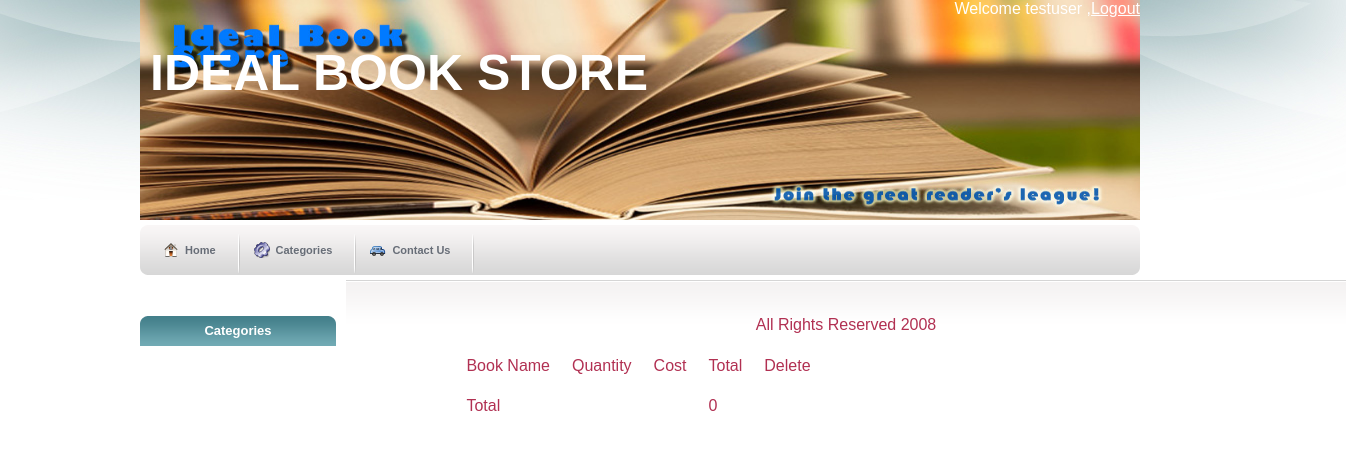
Repository: tusharjain887/Online-Book-Sales
Page: http://localhost/OnlineBook/view_cart.jsp
The author's editor kept a copy of each file at every save. The page is drawn from the files as they stood at one save, then again after the next save.
The browser window is 1280 px wide. The page is 1346 px wide, so the pictures cover 1346 px, including what lies to the right of the window. The pictures show the whole page.
The page is served by Tomcat 9. The session is filled in as if someone had signed in: {"username": "testuser"}. Queries for data that is not in the repository find no rows.

Above is the page before, as saved 2013-04-09 09:45:58.

### PROJECT/workspace/workspace/OnlineBook/WebContent/view_cart.jsp
<%@ page import="java.sql.*"%>
<%@ page import="java.io.*"%>
<%@ page import="java.util.*"%>
<%@ page import="java.lang.*"%>
<!DOCTYPE html PUBLIC "-//W3C//DTD XHTML 1.0 Transitional//EN" "http://www.w3.org/TR/xhtml1/DTD/xhtml1-transitional.dtd">
<html xmlns="http://www.w3.org/1999/xhtml">
<head>
<title>Ideal Book Store</title>
<meta http-equiv="Content-Type" content="text/html; charset=windows-1252" />
<link rel="stylesheet" type="text/css" href="style.css" />
<!--[if IE 6]>
<link rel="stylesheet" type="text/css" href="iecss.css" />
<![endif]-->
<script type="text/javascript" src="js/boxOver.js"></script>
</head>
<body>
<div id="main_container">
  <div class="top_bar">
  <div id="header">
  <div style="float:right;font-size:16px;color:#fff">
 <%  Object c=session.getAttribute("username");
if(c!=null)
	{
	out.print("Welcome  " +session.getAttribute("username").toString());
	out.print(" ,  <a href='logout.jsp' style='float:right;font-size:16px;color:#fff'>Logout</a>");
	}
else
{
	response.sendRedirect("index.jsp");
}
	%>
	</div>
   <div  style="padding:10px;font-size:25px;color: #FFF;"><h1>IDEAL BOOK STORE</h1></div>
  </div>
  <div id="main_content">
    <div id="menu_tab">
      <div class="left_menu_corner"></div>
      <ul class="menu">
        <li><a href="index.jsp" class="nav1"> Home</a></li>
        <li class="divider"></li>
        <li><a href="categories.jsp" class="nav2">Categories</a></li>
        <li class="divider"></li>
        <%
        if(c==null)
        {
        %><li><a href="registration.html" class="nav4">Sign Up</a></li>
        <li class="divider"></li>
        <%
        }%>
        <li><a href="contact.jsp" class="nav5">Contact Us</a></li>
        <li class="divider"></li>
      </ul>
      <div class="right_menu_corner"></div>
    </div>
    <!-- end of menu tab -->
    <div class="left_content">
     <br><br><br>
      <div class="title_box">Categories</div>
      <ul class="left_menu">
      <%
      try{
	Class.forName("com.ibm.db2.jcc.DB2Driver").newInstance();
	Connection Conn=DriverManager.getConnection("jdbc:db2://localhost:50000/BOOKS","Rakesh","Rakesh");
	PreparedStatement ps=Conn.prepareStatement("SELECT CAT_ID,CAT_NAME FROM CATEGORY");
	ResultSet rs=ps.executeQuery();
	while(rs.next())
    {
		String name=rs.getString(2);
 	%>
        <li class="even"><%out.println("<a href='viewcategory.jsp?cat_id="+rs.getString(1)+"'>"+name+"</a>");%></li>
        <%
        }
        %>

     <%
	ps.close();
	Conn.close();
	}
	catch(Exception ex){
	    out.println(ex);
	}

      %>
      </ul>
      </div>
    </div>
    <!-- end of left content -->
    <div class="center_content">
    <div style="font-size:16px;color:#B13052;"><center>
    <table cellpadding=10 text-align=center>
<tr>
<td>Book Name</td>
<td>Quantity</td>
<td>Cost</td>
<td>Total</td>
<td>Delete</td>
</tr>
<%
int total=0;
int check=0;
try{
	Class.forName("com.ibm.db2.jcc.DB2Driver").newInstance();
	Connection Conn=DriverManager.getConnection("jdbc:db2://localhost:50000/BOOKS","Rakesh","Rakesh");
	PreparedStatement ps=Conn.prepareStatement("SELECT * FROM TEMP");
	ResultSet rs=ps.executeQuery();
	while(rs.next())
    {
		check++;
		out.println("<tr>");
         	out.println("<td>"+rs.getString(4)+"</td>");
         	int quantity=Integer.parseInt(rs.getString(3));
	        out.println("<td>"+rs.getString(3)+"</td>");
         	int cost=Integer.parseInt(rs.getString(2));
         	out.println("<td>"+rs.getString(2)+"</td>");
         	out.println("<td>"+(quantity*cost)+"</td>");
		 	total=total+quantity*cost;
		 	out.println("<td><a href='deletecartitem.jsp?bookid="+rs.getString(1)+"'>Delete</a></td>");
         	out.println("</tr>");
    }

    ps.close();
	Conn.close();
	}
	catch(Exception ex){
	    out.println(ex);
	}

    %>


<tr>
<td>Total</td>
<td></td>
<td></td>
<td><% out.println(total);%></td>
</tr>
<%
if(check>0)
{
%>
</table>
<form action="process_shopping.jsp" method="post">
<input type="submit" name="continue" value="Continue"/>
</form>
<%
}
%>
</center></div>
    </div>
    <!-- end of center content -->
      </div>
  <!-- end of main content -->
  <div class="footer">
    <br><br>
    <center> All Rights Reserved 2008</center>
      </div>

<!-- end of main_container -->
</body>
</html>

### PROJECT/workspace/workspace/OnlineBook/WebContent/style.css
body
{
background:url(images/bg.jpg) no-repeat #fff center top;
padding:0;
font-family:Arial, Helvetica, sans-serif;
font-size:11px;
margin:0px auto auto auto;
color:#000;
}
p{
padding:2px;
margin:0px;
}
#main_container{
width:1000px;
height:auto;
margin:auto;
padding:0px;
}
.top_bar{
width:1000px;
height:38px;
background-color:#4a4a4a;
}
.top_search{
width:370px;
height:32px;
margin:0px 20px 0 0;
_margin:0px 10px 0 0;
float:right;
background:url(images/top_search_bg.gif) no-repeat center;
}
input.search_input{
width:182px;
height:18px;
float:left;
margin:5px 0 0 0 ;
border:1px solid #dbdbdb;
border-bottom-color:#ffffff;
border-right-color:#ffffff;
}
.search_text{
float:left;
width:110px;
padding:8px 0 0 15px;
color:#999999;
}
.search_text a{
text-decoration:none;
color:#999999;
}
.search_bt{
float:left;
padding:2px 0 0 15px;
}
.languages{
float:right;
width:150px;
padding:8px 0 0 0;
}
.lang_text{
float:left;
padding:0 5px 0 0;
color:#b3adad;
}
a.lang{
display:block;
float:left;
padding:0 5px 0 5px;
}
#header{
width:1000px;
height:220px;
background:url(images/book4.jpg) no-repeat center;
background-position:0px 0px;
background-size:1000px 220px;
margin=0;
}
.logout{
	float:right;
	font-size:14px;
	color: green;
	font-weight: bold;
}
.logout a,.logout a:hover {
	color: B13052;
}

}
#logo{
padding:15px;
}
#templatemo_header {
	clear: both;
	width: 1000px;
	height: 200px;
	padding: 0;
	margin: 0;
	background: url(images/templatemo_header_bg.jpg) no-repeat;
}

#templatemo_header a,a:hover {
	color: #000;
}

#templatemo_header #templatemo_special_offers {
	float: left;
	font-size: 14px;
	margin-top: 95px;
	margin-left: 490px;
	width: 180px;
}

#templatemo_special_offers a {
	font-size: 12px;
}

#templatemo_special_offers  p {
	margin: 0 0 20px 0;
}
#templatemo_special_offers p span {
	font-size: 18px;
}

#templatemo_header #templatemo_new_books {
	float: left;
	margin-top: 90px;
	margin-left: 55px;
	width: 180px;
}

#templatemo_new_books ul {
	 margin: 0 0 10px 0;
	 padding: 0 0 0 20px;
}

#templatemo_new_books li {
	 margin: 0;
	 padding: 0;
}

/*------------------------------oferte_content-----------------------*/
.oferte_content{
width:600px;
height:264px;
float:left;
padding:0 0 0 50px;
}
.top_divider{
float:left;
width:1px;
height:164px;
}
.oferta{
width:538px;
float:left;
padding:15px 30px 0 30px;
}
.oferta_img{
float:left;
padding:0 0 10px 0;
}
.oferta_title{
font-size:15px;
color:#b72c24;
font-weight:bold;
}
.oferta_details{
width:400px;
float:left;
padding:0 0 0 30px;
}
.oferta_text{
padding:5px 0 5px 0;
font-size:12px;
color:#FFFFFF;
text-align:justify;
line-height:15px;
}
a.details{
width:83px;
height:21px;
display:block;
float:right;
margin:5px 0 0 0;
padding-left:5px;
background:url(images/details_bt_bg.gif) no-repeat center;
text-align:center;
line-height:21px;
text-decoration:none;
color:#000000;
}
/*---------------------oferta_pagination-----------------------------*/

div.oferta_pagination {
clear:both;
padding:10px 0 0 0;
_padding:0px 0 0 0;
margin:5px;
text-align:center;
float:left;
font-size:10px;
}

div.oferta_pagination a {
width:22px;
height:22px;
display:block;
float:left;
margin:0 0 0 5px;
_margin:0 0 0 3px;
line-height:23px;
text-align:center;
background:url(images/pag_bg.gif) no-repeat center;
text-decoration:none;
color:#9d8b8b;
}
div.oferta_pagination a:hover, div.pagination a:active {
width:22px;
height:22px;
display:block;
float:left;
line-height:23px;
text-align:center;
background:url(images/pag_bg_a.gif) no-repeat center;
text-decoration:none;
color:#ad1614;
}
div.oferta_pagination span.current {
width:22px;
height:22px;
display:block;
float:left;
line-height:23px;
text-align:center;
background:url(images/pag_bg_a.gif) no-repeat center;
text-decoration:none;
color:#ad1614;
}
#main_content{
clear:both;
}
/*---------------- menu tab----------------------*/
#menu_tab{
width:1000px;
height:50px;
background-color:#fff;
margin-top:5px;
}
.left_menu_corner{
width:9px;
height:50px;
float:left;
background:url(images/menu_left.gif) no-repeat center;
}
.right_menu_corner{
width:9px;
height:50px;
float:left;
background:url(images/menu_right.gif) no-repeat center;
}
ul.menu {
list-style-type:none; float:left; display:block; width:982px;
margin:0px; padding:0px;background:url(images/menu_bg.gif) repeat-x;}

ul.menu li {
display:inline;
font-size:11px;
font-weight:bold;
line-height:50px;
}
ul.menu li.divider {
display:inline;
width:2px;
height:50px;
float:left;
background:url(images/menu_divider.gif) no-repeat center;
}

a.nav1:link, a.nav1:visited {
display:block; float:left; padding:0px 8px 0px 22px; margin:0 14px 0 14px;height:50px;text-decoration:none; background:url(images/home.png) no-repeat left; color:#676d77;}
a.nav2:link, a.nav2:visited {
display:block; float:left; padding:0px 8px 0px 22px; margin:0 14px 0 14px;height:50px;text-decoration:none; background:url(images/services.png) no-repeat left; color:#676d77;}
a.nav3:link, a.nav3:visited {
display:block; float:left; padding:0px 8px 0px 22px; margin:0 14px 0 14px;height:50px;text-decoration:none; background:url(images/favs.png) no-repeat left; color:#676d77;}
a.nav4:link, a.nav4:visited {
display:block; float:left; padding:0px 8px 0px 22px; margin:0 14px 0 14px;height:50px;text-decoration:none; background:url(images/user_add.png) no-repeat left; color:#676d77;}
a.nav5:link, a.nav5:visited {
display:block; float:left; padding:0px 8px 0px 22px; margin:0 14px 0 14px;height:50px;text-decoration:none; background:url(images/car.png) no-repeat left; color:#676d77;}
a.nav6:link, a.nav6:visited {
display:block; float:left; padding:0px 8px 0px 22px; margin:0 14px 0 14px;height:50px;text-decoration:none; background:url(images/contact-new.png) no-repeat left; color:#676d77;}

a.nav1:hover, a.nav2:hover, a.nav3:hover, a.nav4:hover, a.nav5:hover, a.nav6:hover {
color:#333333;}


li.currencies{
width:180px;
float:left;
padding:0 0 0 15px;
_padding:12px 0 0 15px;
color:#676d77;
font-size:11px;
font-weight:bold;
}
/*----------------crumb_navigation-------------*/
.crumb_navigation{
width:980px;
height:15px;
padding:5px 10px 0 20px;
color:#333333;
background:url(images/navbullet.png) no-repeat left;
background-position:5px 6px;
}
.crumb_navigation a{
color:#0fa0dd;
text-decoration:underline;
}
span.current{
color:#0fa0dd;
}

/*-------------left_content------------------*/
.left_content{
width:196px;
float:left;
}
.title_box{
width:196px;
height:30px;
margin:5px 0 0 0;
background:url(images/menu_title_bg.gif) no-repeat center;
text-align:center;
font-size:13px;
font-weight:bold;
color:#fff;
line-height:30px;
}
/*--------left menu---------*/
ul.left_menu{
width:196px;
padding:0px;
margin:0px;
list-style:none;
}
ul.left_menu li{
margin:0px;
list-style:none;
}
ul.left_menu li.odd a{
width:166px;height:25px;display:block;background:url(images/checked.png) no-repeat left #dad0d0; background-position:5px 5px;border-bottom:1px #FFFFFF solid;
text-decoration:none;color:#504b4b;padding:0 0 0 30px; line-height:25px;
}
ul.left_menu li.even a{
width:166px;height:25px;display:block;background:url(images/checked.png) no-repeat left #eee6e6;background-position:5px 5px;border-bottom:1px #FFFFFF solid;
text-decoration:none;color:#504b4b;padding:0 0 0 30px; line-height:25px;
}
ul.left_menu li.even a:hover, ul.left_menu li.odd a:hover{
background:url(images/checked.png) no-repeat left #7bbcc7; color:#FFFFFF;background-position:5px 5px;
}

.border_box{
width:194px;
height:auto;
text-align:center;
border:1px #6da6b1 solid;
}
.product_title{
color:#ea2222;
padding:5px 0 5px 0;
font-weight:bold;
}
.product_title a{
text-decoration:none;
color:#ea2222;
padding:5px 0 5px 0;
font-weight:bold;
}
.product_title a:hover{
color:#064E5A;
}
.product_img{
padding:5px 0 5px 0;
}
.prod_price{
padding:5px 0 5px 0;
}
span.reduce{
color:#ea2222;
text-decoration:line-through;
}
span.price{
color:#ea2222;
}
/*----------newsletter--------------*/
input.newsletter_input{
width:160px;
height:16px;
border:1px #ddd9d9 solid;
margin:10px 0 5px 0;
font-size:12px;
padding:3px;
color:#999999;
}
a.join{
width:17px;
display:block;
margin:5px 0 5px 140px;
_margin:5px 0 5px 130px;
background:url(images/blue-add.png) no-repeat left;
padding:0 0 0 20px;
text-decoration:none;
color:#1c4a52;
}
.banner_adds{
width:194px;
text-align:center;
padding:10px 0 10px 0;
}

/*center content--------------------------*/
.center_content{
width:585px;
float:left;
padding:5px 10px;
}
.center_title_bar{
width:520px;
height:33px;
float:left;
padding:0 0 0 40px;
margin:0 0 0 12px;
_margin:0 0 0 6px;
line-height:33px;
font-size:12px;
color:#847676;
font-weight:bold;
background:url(images/bar_bg.gif) no-repeat center;
}

/*----------------------right content--------------*/
.right_content{
width:196px;
float:left;
padding:5px 0 0 0;
}
.shopping_cart{
width:195px;
height:84px;
text-align:center;
background:url(images/cart_bg.gif) no-repeat center;
}
.cart_title{
font-size:12px;
font-size:12px;
color:#847676;
font-weight:bold;
padding:8px 0 0 0;
}
.cart_details{
width:115px;
float:left;
padding:5px 0 0 15px;
text-align:left;
}
.cart_icon{
float:left;
padding:5px 0 0 5px;
}
span.border_cart{
width:100px;
height:1px;
margin:3px 0 3px 0;
display:block;
border-top:1px #999999 dashed;
}
/*---------prod_box----------*/
.prod_box{
width:173px;
height:auto;
float:left;
padding:10px 10px 10px 11px;
}
.top_prod_box{
width:173px;height:12px;background:url(images/product_box_top.gif) no-repeat center bottom;float:left; padding:0px; margin:0px;
}
.bottom_prod_box{
width:173px;height:10px;background:url(images/product_box_bottom.gif) no-repeat center top;float:left;padding:0px; margin:0px;
}
.center_prod_box{
width:173px;height: auto;background:url(images/product_box_center.gif) repeat-y;float:left; text-align:center;padding:0px; margin:0px;
}
.prod_details_tab{
width:173px;
height:31px;
float:left;
background:url(images/products_details_bg.gif) no-repeat center;
margin:3px 0 0 0;
}
img.left_bt{
float:left;
padding:6px 0 0 6px;
}
a.prod_details{
width:25px;
display:block;
float:left;
background:url(images/square-blue-add.gif) no-repeat left;
padding:0 0 0 20px;
margin:7px 0 0 38px;
_margin:6px 0 0 35px;
text-decoration:none;
color:#0fa0dd;
}
/*---------prod_box_big----------*/
.prod_box_big{
width:554px;
height:auto;
float:left;
padding:10px 10px 10px 15px;
}
.top_prod_box_big{
width:554px;height:12px;background:url(images/details_box_top.gif) no-repeat center bottom;float:left; padding:0px; margin:0px;
}
.bottom_prod_box_big{
width:554px;height:12px;background:url(images/details_box_bottom.gif) no-repeat center top;float:left;padding:0px; margin:0px;
}
.center_prod_box_big{
width:554px;height: auto;background:url(images/details_box_center.gif) repeat-y;float:left; text-align:center;padding:0px; margin:0px;
}
.product_img_big{
width:170px;
padding:5px 0 5px 10px;
float:left;
}
.details_big_box{
width:345px;
float:left;
padding:0 0 0 15px;
text-align:left;
}
.product_title_big{
color:#ea2222;
padding:5px 0 5px 0;
font-weight:bold;
font-size:14px;
}
.specifications{
font-size:12px;
font-weight:bold;
line-height:18px;
}
.thumbs{
padding:8px 5px 8px 5px;
border:1px #DFD1D1 solid;
margin:3px 0 0 0;
}
.thumbs a{
padding:3px;
}
.prod_price_big{
padding:5px 0 5px 0;
font-size:16px;
}
span.reduce{
color:#ea2222;

}
span.price{
color:#ea2222;
}
a.addtocart{
width:76px;
height:27px;
display:block;
float:left;
background:url(images/addtocart.gif) no-repeat left;
padding:0 0 0 33px;
text-decoration:none;
line-height:27px;
color:#1c4a52;
}
a.compare{
width:76px;
height:27px;
display:block;
float:left;
margin:0 0 0 10px;
background:url(images/compare.gif) no-repeat left;
padding:0 0 0 33px;
text-decoration:none;
line-height:27px;
color:#1c4a52;
}
span.blue{
color:#5F9FAB;
}
/*---------------contact_form------------------*/
.contact_form{
width:355px;
float:left;
padding:0px 0 0 75px;
}
.form_row{
width:335px;
clear:both;
padding:10px 0 10px 0;
_padding:5px 0 5px 0;
color:#a53d17;
}
label.contact{
width:75px;
float:left;
font-size:12px;
text-align:right;
padding:4px 5px 0 0;
color: #333333;
}
input.contact_input{
width:253px;
height:18px;
background-color:#fff;
color:#999999;
border:1px #DFDFDF solid;
float:left;
}
textarea.contact_textarea{
width:253px;
height:50px;
font-family:Arial, Helvetica, sans-serif;
font-size:12px;
color: #999999;
background-color:#fff;
border:1px #DFDFDF solid;
float:left;
}
a.contact{
width:99px;
height:27px;
display:block;
float:right;
margin:0 0 0 10px;
background:url(images/contact_bt.gif) no-repeat left;
padding:0 0 0 10px;
text-decoration:none;
line-height:27px;
color:#1c4a52;
}
/*--------------footer----------------*/
.footer{
width:1000px;
clear:both;
height:65px;
background:url(images/footer_bg.gif) repeat-x top;
}
.left_footer{
float:left;
width:300px;
padding:5px 0 0 10px;
}
.right_footer{
float:right;
padding:15px 30px 0 0;
}
.right_footer a{
padding:0 0 0 7px;
text-decoration:none;
color: #666666;
}
.right_footer a:hover{
text-decoration:underline;
}

.center_footer{
float:left;
width:200px;
text-align:center;
color:#666666;
padding:10px 0 0 60px;
}

Loaded but not shown: PROJECT/workspace/workspace/OnlineBook/WebContent/js/boxOver.js (369 lines, source omitted)

After the next save:
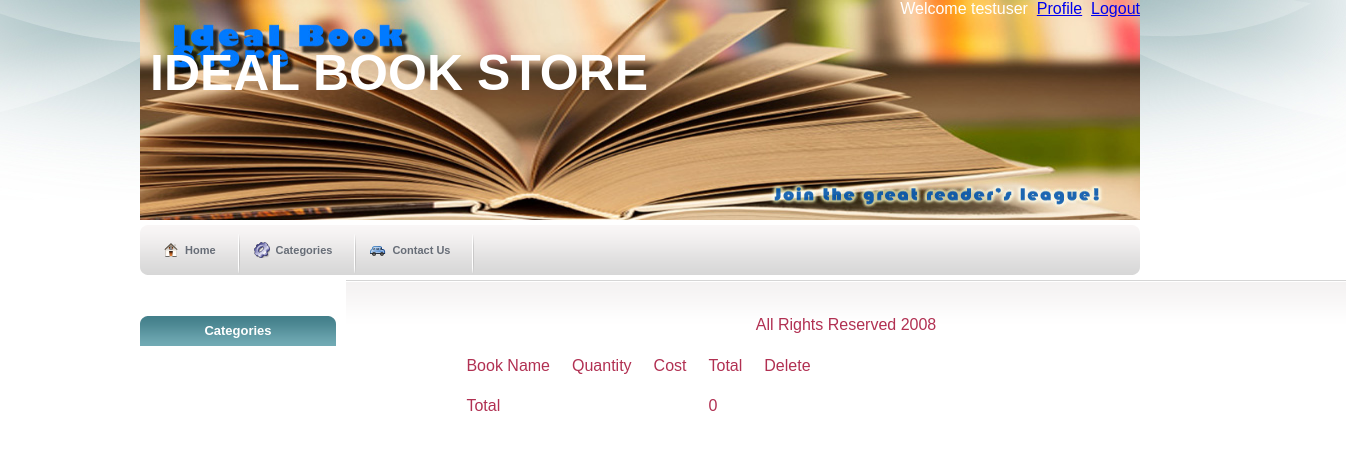
Saved 5 s later.
--- a/PROJECT/workspace/workspace/OnlineBook/WebContent/view_cart.jsp
+++ b/PROJECT/workspace/workspace/OnlineBook/WebContent/view_cart.jsp
@@ -22,7 +22,10 @@
 if(c!=null)
 	{
 	out.print("Welcome  " +session.getAttribute("username").toString());
-	out.print(" ,  <a href='logout.jsp' style='float:right;font-size:16px;color:#fff'>Logout</a>");
+	%>
+	&nbsp<a href='myprofile.jsp'>Profile</a>
+	&nbsp<a href='logout.jsp'>Logout</a>
+	<%
 	}
 else
 {
